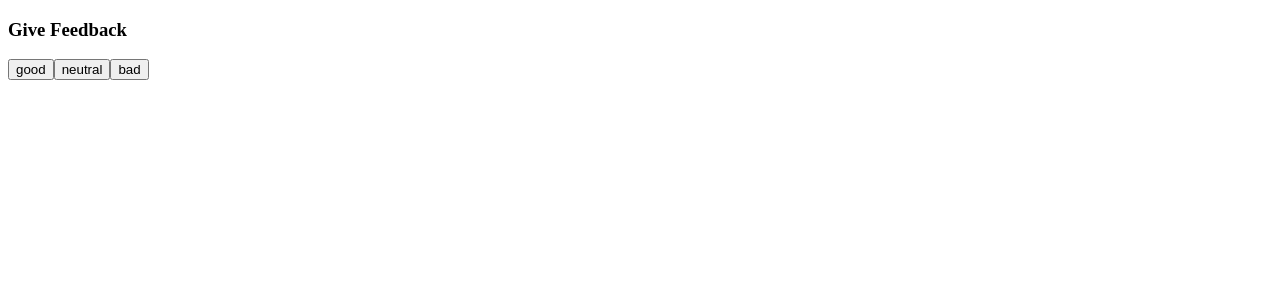
Repository: 4di61/FullStackOpen
Page: / (app in part1/unicafe/)
The author's editor kept a copy of each file at every save. The page is drawn from the files as they stood at one save, then again after the next save.
The browser window is 1280 px wide. The pictures show the whole page.
The project was rebuilt for these pictures with package versions that can differ from the ones it lists, and the page was loaded fresh each time. Also part of the build but not shown: part1/unicafe/vite.config.js.

Above is the page before, as saved 2024-09-05 10:34:43.

After the next save:
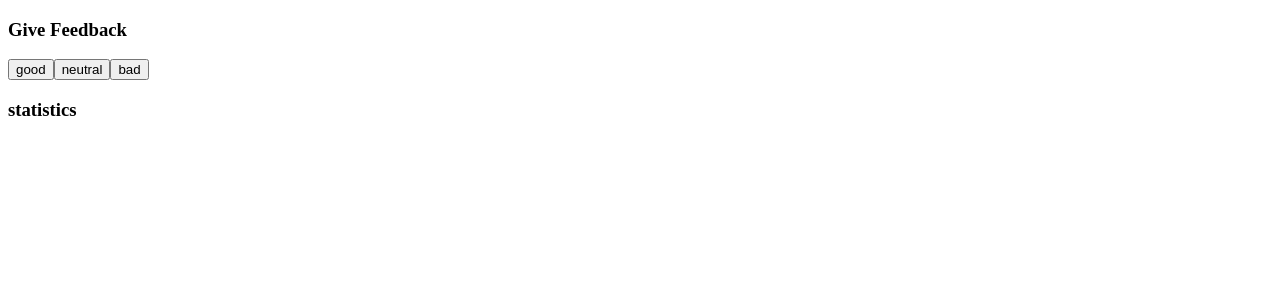
Saved 5 s later.
--- a/part1/unicafe/src/App.jsx
+++ b/part1/unicafe/src/App.jsx
@@ -20,7 +20,7 @@ const Feedback = (props)=> (
 const Statistics = (props)=>(
   <div>
     <h3>
-
+      statistics
     </h3>
   </div>
 )
